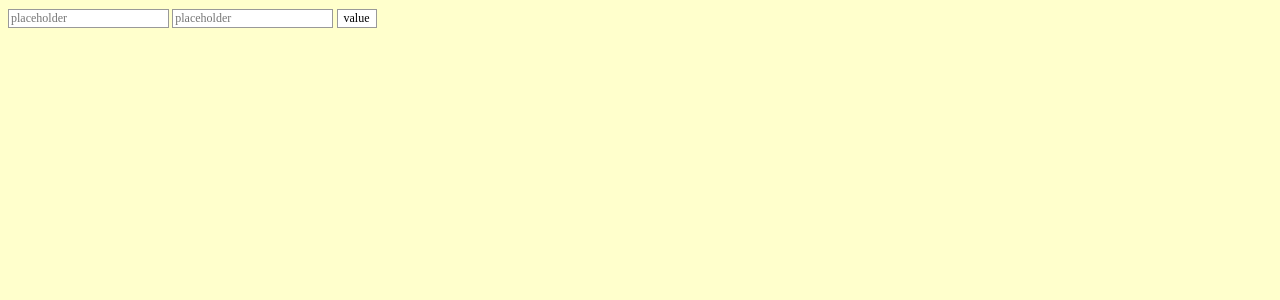
Repository: kr1124/jsp
Page: http://localhost/ServletProject/member/regProc.jsp
These files come from the project's save history. The page is drawn as it stood at one moment and after the next save; the edit follows.
The browser window is 1280 px wide. The pictures show the whole page.
The page is served by Tomcat 9.

Above is the page before, as saved 2024-12-09 00:58:34.

After the next save:
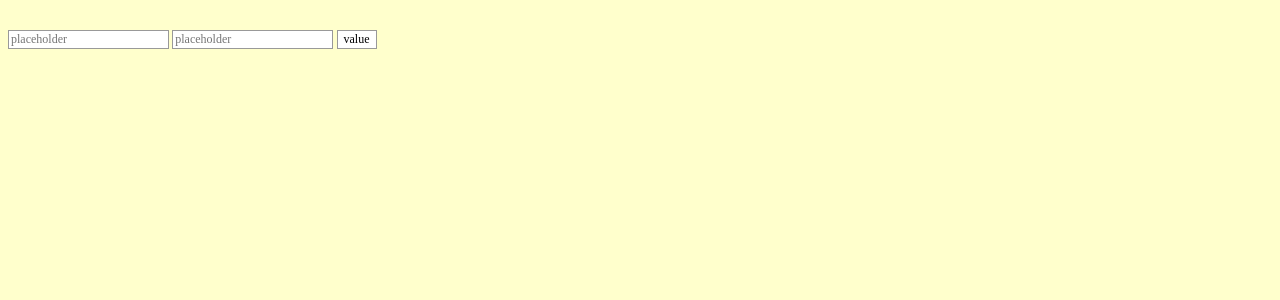
Saved 46 s later.
--- a/ServletProject/src/main/webapp/member/regProc.jsp
+++ b/ServletProject/src/main/webapp/member/regProc.jsp
@@ -11,17 +11,19 @@
 
 <!DOCTYPE html>
 <html>
-	<head>
-		<meta charset="UTF-8">
-		<title>회원가입 확인</title>
-		<link rel="stylesheet" href="style.css" type="text/css">
-	</head>
-	<body bgcolor="#ffffcc">
-		<form method='post' action='regProc.jsp'>
-			<input type='type' name='name' placeholder='placeholder'>
-			<input type='type' name='name' placeholder='placeholder'>
-			<input type='submit' value='value'>
-		</form>
+<head>
+	<meta charset="UTF-8">
+	<title>회원가입 확인</title>
+	<link rel="stylesheet" href="style.css" type="text/css">
+</head>
+<body bgcolor="#ffffcc">
+	<br>
 
-	</body>
+	<form method='post' action='regProc.jsp'>
+		<input type='type' name='name' placeholder='placeholder'>
+		<input type='type' name='name' placeholder='placeholder'>
+		<input type='submit' value='value'>
+	</form>
+
+</body>
 </html>
